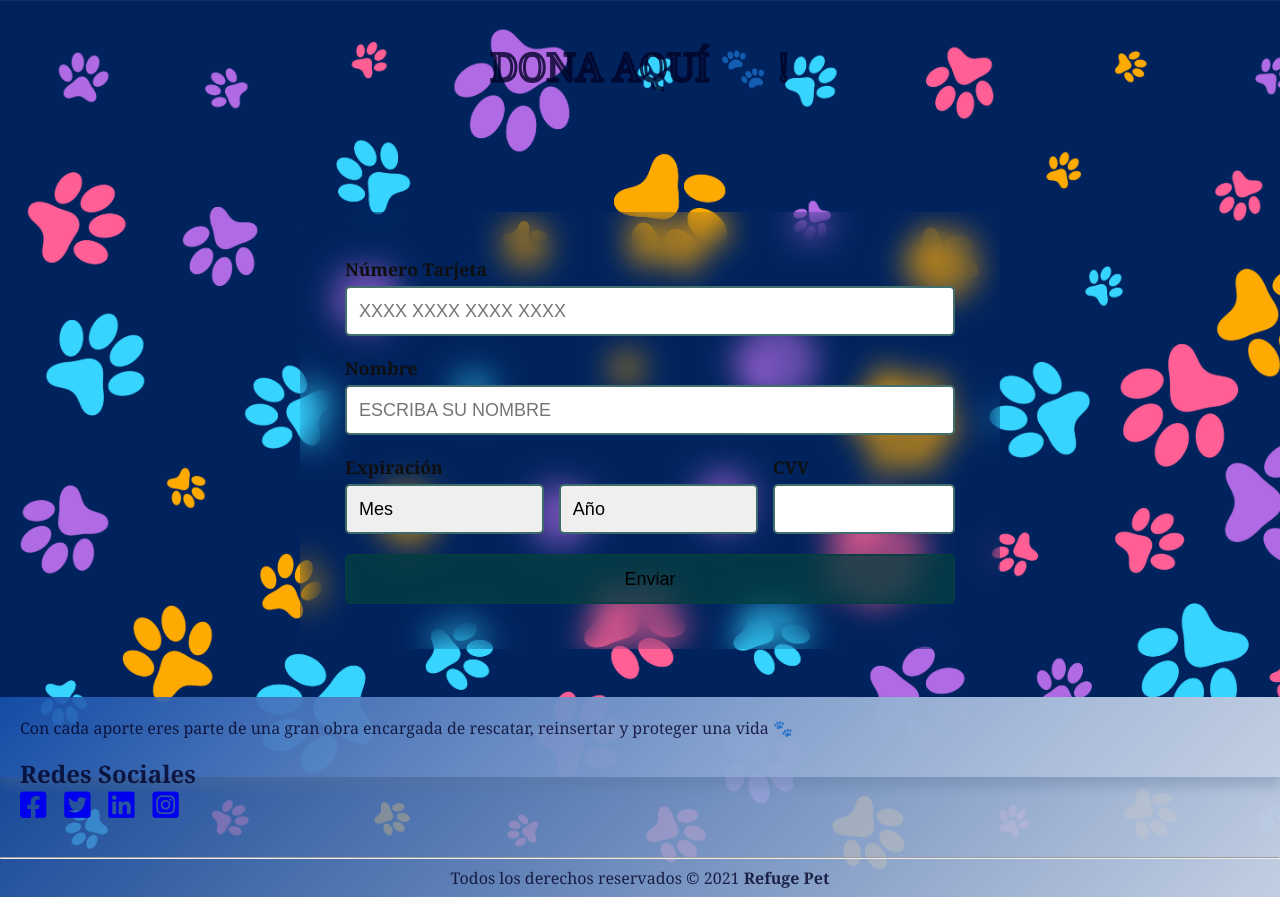
Repository: andreasvidal/SCL019-card-validation
Page: src/views/cardvalidation.html
These files come from the project's save history. The page is drawn as it stood at one moment and after the next save; the edit follows.
The browser window is 1280 px wide. The pictures show the whole page.
Some web fonts or font styles are not loaded; a fallback is used. Some web libraries are served in a nearby version.

Above is the page before, as saved 2022-04-13 10:39:30.

After the next save:
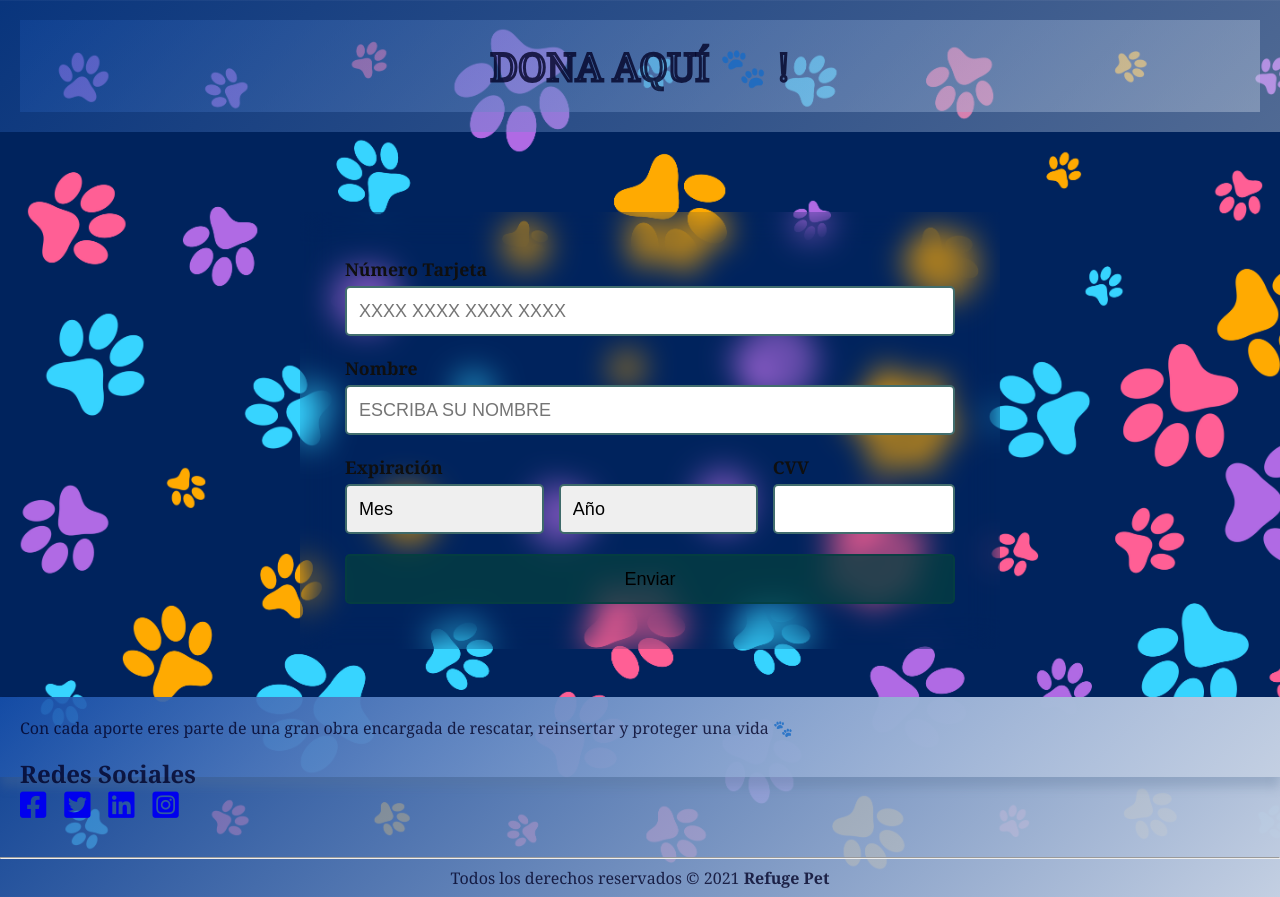
Saved 21 s later.
--- a/src/css/style.css
+++ b/src/css/style.css
@@ -31,6 +31,7 @@
          font-size: 3vw;
          -webkit-text-fill-color: transparent;
          -webkit-text-stroke: 3px rgba(2, 3, 39, 0.8);
+         background-image: linear-gradient(135deg, #1650ad65 0%, #c3cfe269 100%);
      }
 
      .img-banner {
